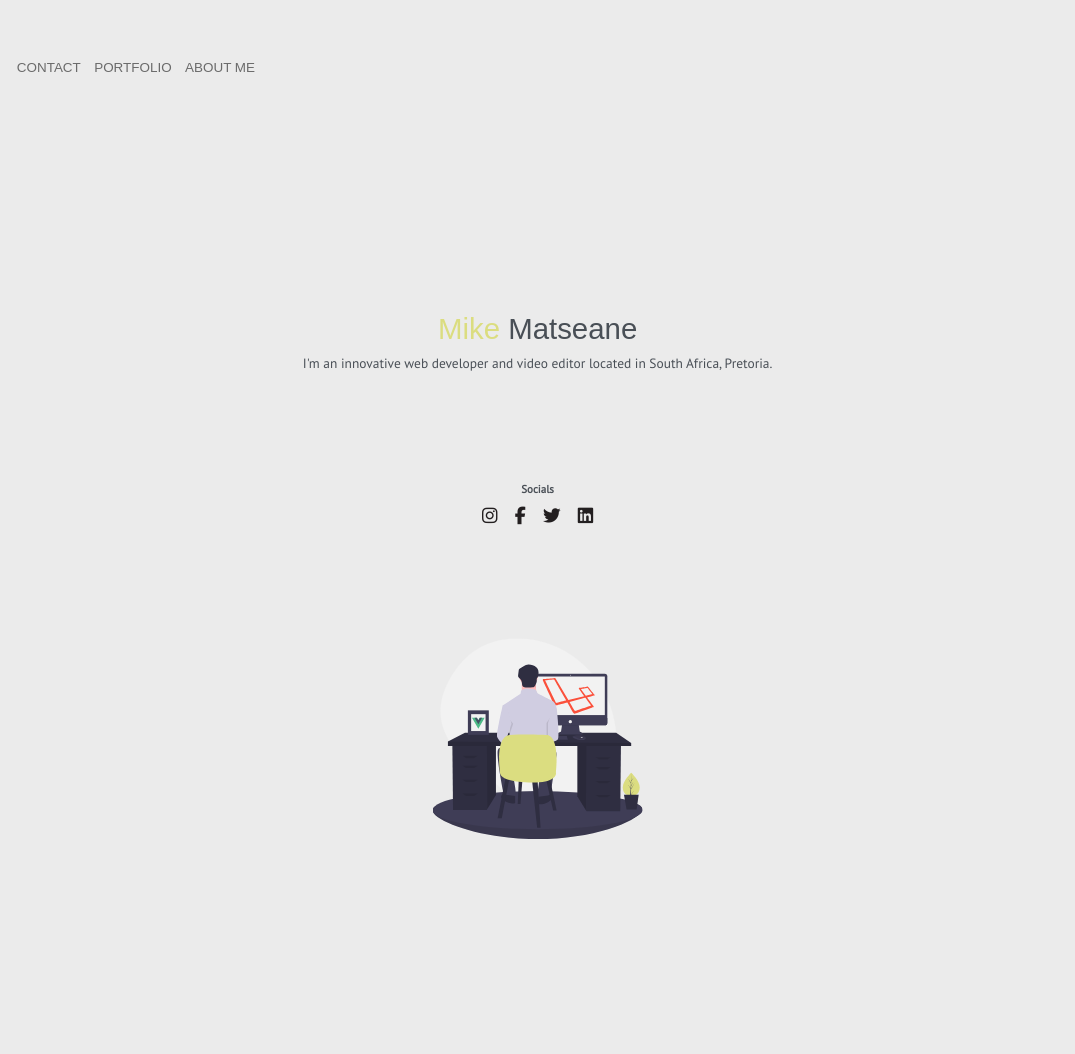
Repository: mikempho/resume10-Final
Page: resume10.html
The author's editor kept a copy of each file at every save. The page is drawn from the files as they stood at one save, then again after the next save.
The browser window is 1280 px wide. The pictures show the whole page, at 84% of full size.
Some web fonts or font styles are not loaded; a fallback is used. Some web libraries are served in a nearby version.

Above is the page before, as saved 2022-05-16 15:11:09.

After the next save:
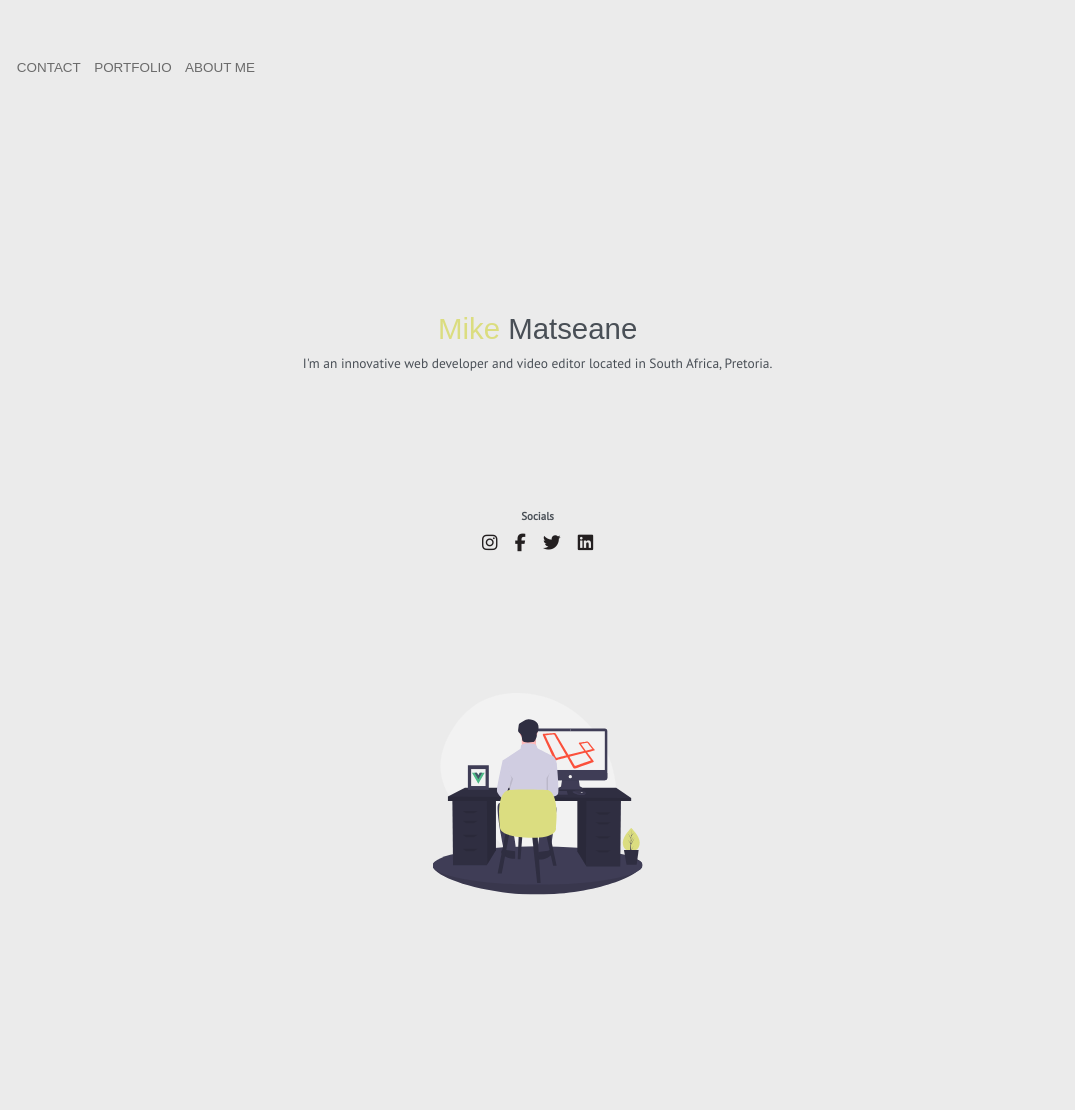
Saved 12 s later.
--- a/css/style.css
+++ b/css/style.css
@@ -50,7 +50,7 @@ a i:hover {
 }
 
 .icon-box {
-    margin: 12% 0;
+    margin: 15% 0;
 }
 
 .header i {
